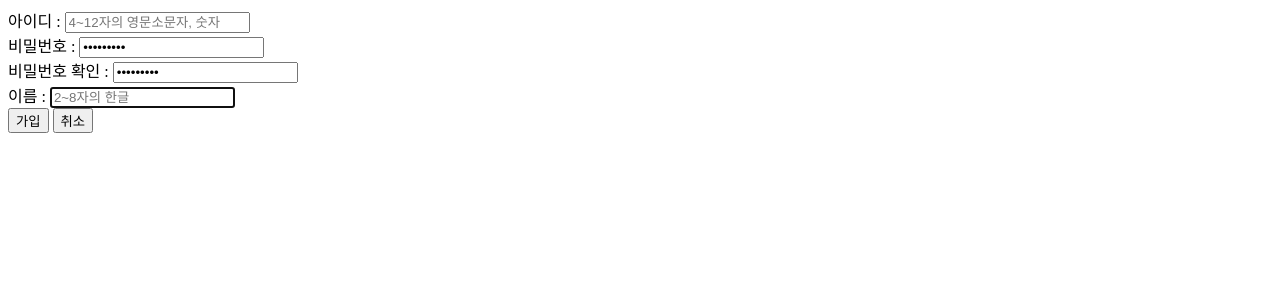
Repository: ih0615/NewJSP
Page: http://localhost/board/views/member/registerForm.jsp
The author's editor kept a copy of each file at every save. The page is drawn from the files as they stood at one save, then again after the next save.
The browser window is 1280 px wide. The pictures show the whole page.
Empty fields were first filled with sample values (such as "Sample", 5 or name@example.com).
After loading, the first visible `button` was clicked once.
The page is served by Tomcat 9. Nobody is signed in. The application's start-up code is not run. Other server files are loaded and not shown.

Above is the page before, as saved 2020-11-20 03:53:27.

### board/WebContent/views/member/registerForm.jsp
<%@ page language="java" contentType="text/html; charset=UTF-8" pageEncoding="UTF-8"%>
<!DOCTYPE html>
<html>
<head>
<meta charset="UTF-8">
<title>회원가입</title>
<script src="https://code.jquery.com/jquery-3.5.1.js" integrity="sha256-QWo7LDvxbWT2tbbQ97B53yJnYU3WhH/C8ycbRAkjPDc=" crossorigin="anonymous"></script>
<script>
	function join() {
		var id = $('#id').val();
		var pwd = $('#pwd').val();
		var pwd_confirm = $('#pwd_confirm').val();
		var name = $('#name').val();

		if (!id) {
			alert("아이디를 입력해 주세요");
			$('#id').focus();
			return;
		}
		if (!pwd) {
			alert("비밀번호를 입력해 주세요");
			$('#pwd').focus();
			return;
		}
		if (!pwd_confirm) {
			alert("비밀번호 확인을 입력해 주세요");
			$('#pwd_confirm').focus();
			return;
		}
		if (!name) {
			alert("이름을 입력해 주세요");
			$('#name').focus();
			return;
		}
		if (pwd != pwd_confirm) {
			alert("비밀번호가 일치하지 않습니다.");
			return;
		}

		var regExp = new RegExp("^[a-z0-9]{4,12}$", "g");
		if (regExp.exec(id) == null) {
			alert("잘못된 아이디 형식입니다.");
			$('#id').val('');
			$('#id').focus();
		}

		regExp = new RegExp("^[a-zA-Z0-9!@#$%^&]{4,12}$", "g");
		if (regExp.exec(pwd) == null) {
			alert("잘못된 비밀번호 형식입니다.");
			$('#pwd').val('');
			$('#pwd').focus();
		}

		regExp = new RegExp("^[가-힣]{2,8}$", "g");
		if (regExp.exec(name) == null) {
			alert("잘못된 이름 형식입니다.");
			$('#name').val('');
			$('#name').focus();
		}
	}
</script>
</head>
<body>
	<form action="/memberRegisterProc.do" method="post">
		<div>
			아이디 : <input type="text" maxlength="12" placeholder="4~12자의 영문소문자, 숫자" id="id" />
		</div>
		<div>
			비밀번호 : <input type="password" placeholder="4~12자의 영문대소문자, 숫자, 특수기호(!,@,#,$,%,^,&,*)" id="pwd" />
		</div>
		<div>
			비밀번호 확인 : <input type="password" id="pwd_confirm" />
		</div>
		<div>
			이름 : <input type="text" maxlength="8" placeholder="2~8자의 한글" id="name" />
		</div>
	</form>
	<button onclick="join()">가입</button>
	<button onclick="location.href='/'">취소</button>
</body>
</html>

After the next save:
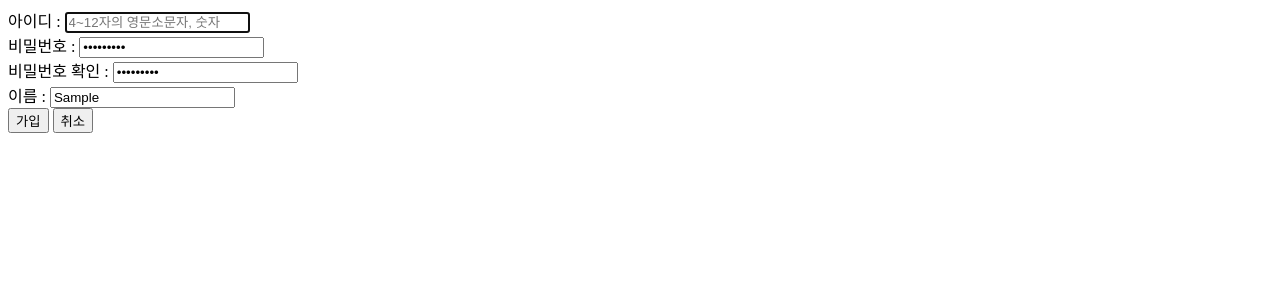
Saved 2 min 3 s later.
--- a/board/WebContent/views/member/registerForm.jsp
+++ b/board/WebContent/views/member/registerForm.jsp
@@ -42,6 +42,7 @@
 			alert("잘못된 아이디 형식입니다.");
 			$('#id').val('');
 			$('#id').focus();
+			return;
 		}
 
 		regExp = new RegExp("^[a-zA-Z0-9!@#$%^&]{4,12}$", "g");
@@ -49,6 +50,7 @@
 			alert("잘못된 비밀번호 형식입니다.");
 			$('#pwd').val('');
 			$('#pwd').focus();
+			return;
 		}
 
 		regExp = new RegExp("^[가-힣]{2,8}$", "g");
@@ -56,6 +58,7 @@
 			alert("잘못된 이름 형식입니다.");
 			$('#name').val('');
 			$('#name').focus();
+			return;
 		}
 	}
 </script>
